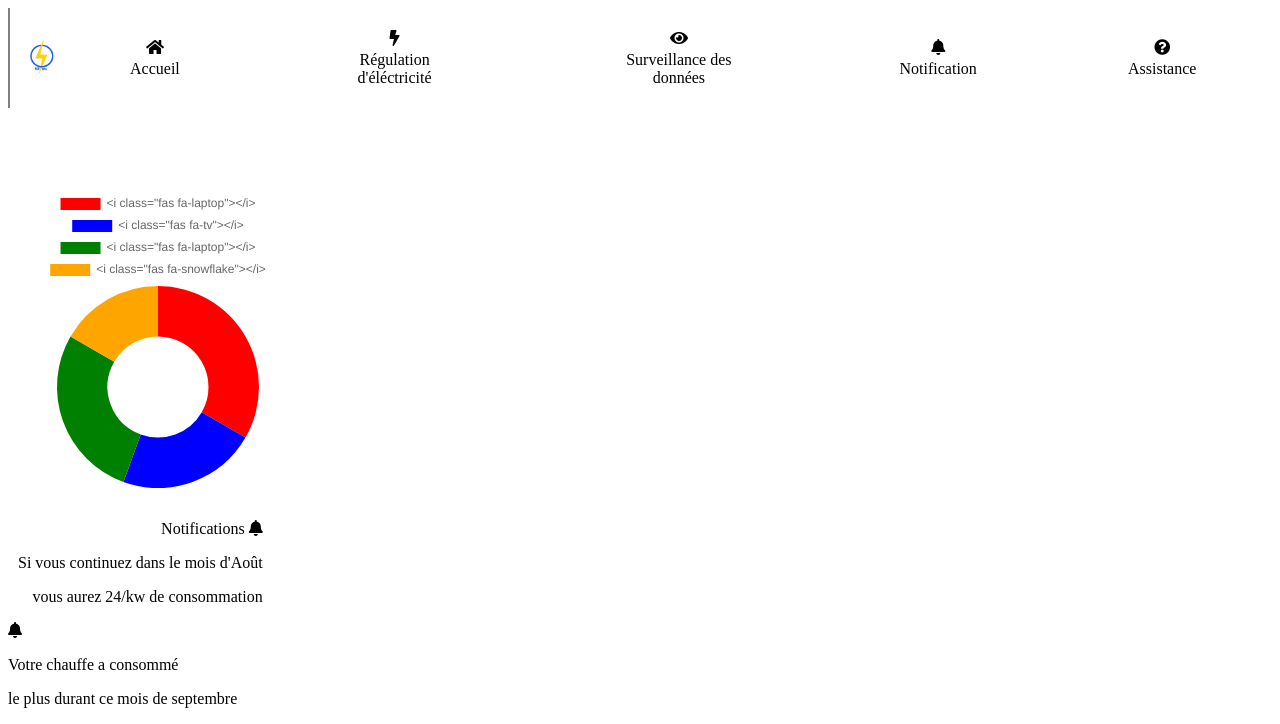
Repository: hamdia200/OSC-Ecowiz
Page: http://localhost/accueil
An editor plug-in stored every save of this project. The page is shown before and after a run of saves, followed by the edit.
The browser window is 1280 px wide. The pictures show the whole page.
The page is served by the project's Laravel application, run on PHP 8.4 with Laravel 10.

Above is the page before, as saved 2023-08-18 13:52:47.

After the next 2 saves:
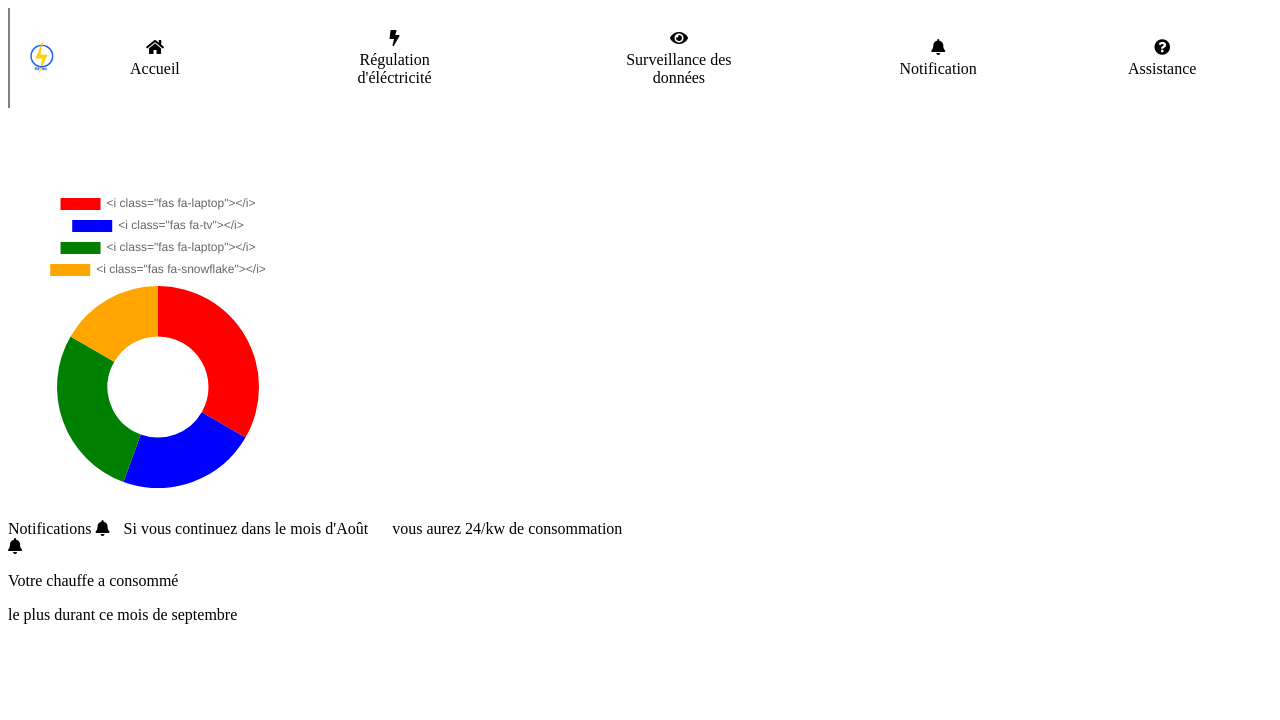
The 2 saves are shown as one change because they came seconds apart.
The last was saved 27 s later.
--- a/resources/views/accueil.blade.php
+++ b/resources/views/accueil.blade.php
@@ -27,7 +27,7 @@
             height: 100%;
         }
 
-        .alert {
+        .alert >p{
             display: inline-block;
             margin: 0 10px;
             margin-top: 2rem;

After the save that followed:
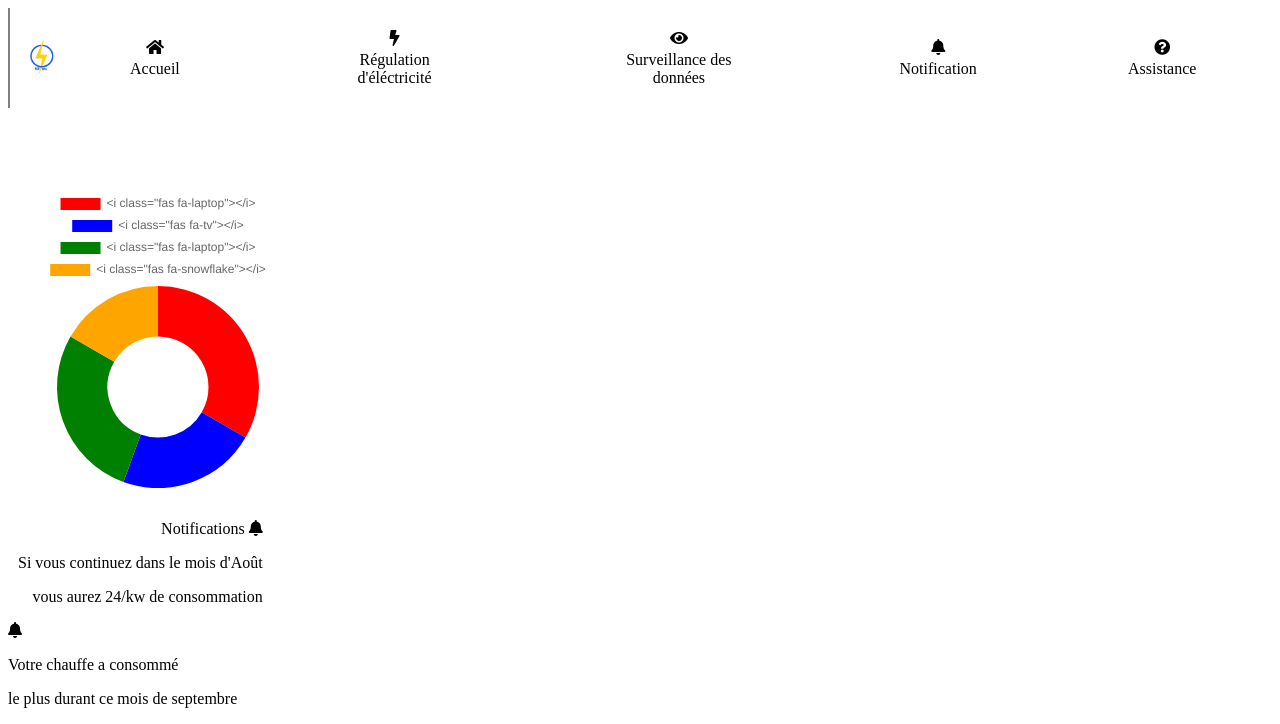
Saved 15 s later.
--- a/resources/views/accueil.blade.php
+++ b/resources/views/accueil.blade.php
@@ -27,7 +27,7 @@
             height: 100%;
         }
 
-        .alert >p{
+        .alert{
             display: inline-block;
             margin: 0 10px;
             margin-top: 2rem;
